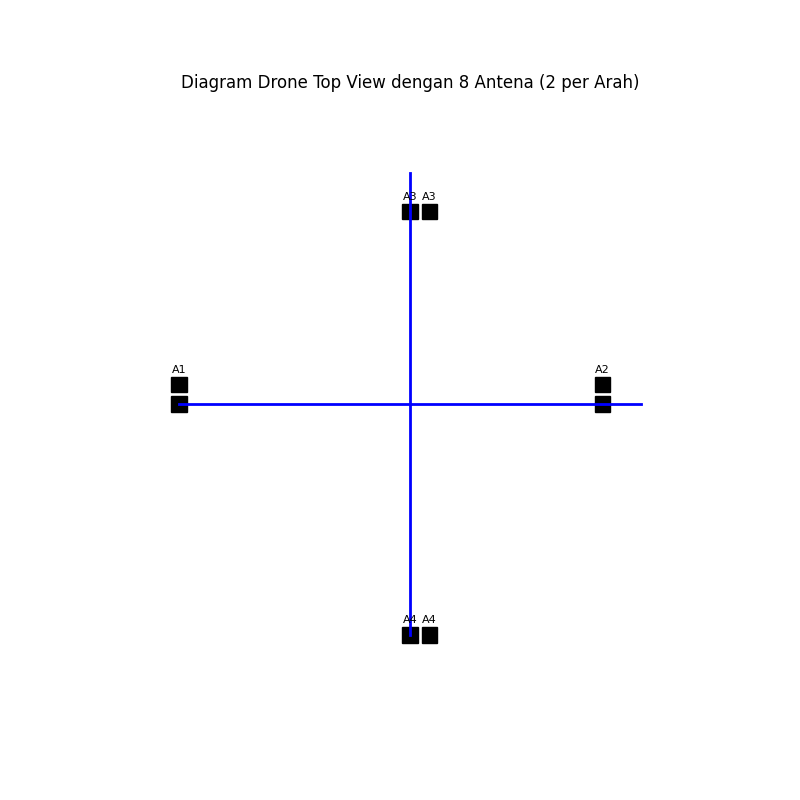
Repository: whyueko-lab/smart-energy-dashboard
Script's output: python bts.py
These files come from the project's save history. The script's output is drawn as it stood at one moment and after the next save; the edit follows.
Random numbers start from a fixed seed.

Above is the script's output before, as saved 2025-06-30 16:39:26.

### bts.py
import matplotlib.pyplot as plt

# Inisialisasi plot
fig, ax = plt.subplots(figsize=(8, 8))

# Gambar garis sumbu drone (bentuk salib)
drone_length = 6
drone_width = 2

# Garis horizontal (sayap)
ax.plot([-drone_length, drone_length], [0, 0], 'b', linewidth=2)
# Garis vertikal (badan drone)
ax.plot([0, 0], [-drone_length, drone_length], 'b', linewidth=2)

# Fungsi untuk menggambar dua antena di setiap arah
def draw_antennas(x_base, y_base, dx, dy, label=None):
    spacing = 0.5
    for i in range(2):
        x = x_base + i * spacing * dx
        y = y_base + i * spacing * dy
        ax.add_patch(plt.Rectangle((x-0.2, y-0.2), 0.4, 0.4, color='black'))
        if label:
            ax.text(x, y + 0.3, label, fontsize=8, ha='center')

# Gambar antena di keempat sisi
draw_antennas(-drone_length, 0, 0, 1, label="A1")  # Kiri
draw_antennas(drone_length - 1.0, 0, 0, 1, label="A2")  # Kanan
draw_antennas(0, drone_length - 1.0, 1, 0, label="A3")  # Atas
draw_antennas(0, -drone_length, 1, 0, label="A4")  # Bawah

# Set skala dan gaya
ax.set_xlim(-8, 8)
ax.set_ylim(-8, 8)
ax.set_aspect('equal')
ax.set_title('Diagram Drone Top View dengan 8 Antena (2 per Arah)')
ax.axis('off')  # Hilangkan sumbu

plt.show()

After the next save:
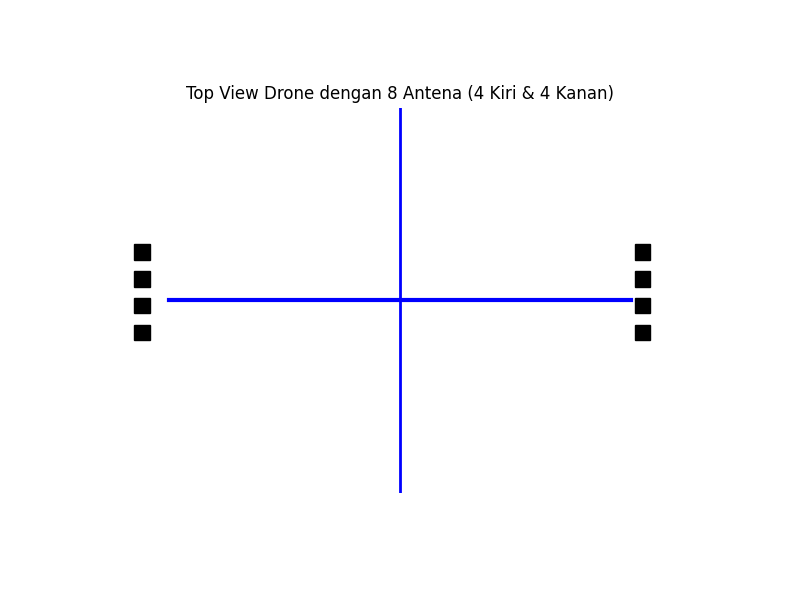
Saved 88 s later.
--- a/bts.py
+++ b/bts.py
@@ -1,38 +1,33 @@
 import matplotlib.pyplot as plt
 
 # Inisialisasi plot
-fig, ax = plt.subplots(figsize=(8, 8))
+fig, ax = plt.subplots(figsize=(8, 6))
 
-# Gambar garis sumbu drone (bentuk salib)
+# Garis utama drone (horizontal & vertikal)
 drone_length = 6
-drone_width = 2
+ax.plot([-drone_length, drone_length], [0, 0], 'b', linewidth=3)  # horizontal
+ax.plot([0, 0], [-drone_length, drone_length], 'b', linewidth=2)  # vertikal
 
-# Garis horizontal (sayap)
-ax.plot([-drone_length, drone_length], [0, 0], 'b', linewidth=2)
-# Garis vertikal (badan drone)
-ax.plot([0, 0], [-drone_length, drone_length], 'b', linewidth=2)
+# Fungsi untuk menggambar antena
+def draw_antennas(base_x, base_y, spacing_y, is_left=True):
+    for i in range(4):
+        x_offset = -0.4 if is_left else 0.0
+        x = base_x + x_offset
+        y = base_y + (i - 1.5) * spacing_y
+        ax.add_patch(plt.Rectangle((x, y), 0.4, 0.4, color='black'))
 
-# Fungsi untuk menggambar dua antena di setiap arah
-def draw_antennas(x_base, y_base, dx, dy, label=None):
-    spacing = 0.5
-    for i in range(2):
-        x = x_base + i * spacing * dx
-        y = y_base + i * spacing * dy
-        ax.add_patch(plt.Rectangle((x-0.2, y-0.2), 0.4, 0.4, color='black'))
-        if label:
-            ax.text(x, y + 0.3, label, fontsize=8, ha='center')
+# Gambar 4 antena di sisi kiri batang horizontal
+draw_antennas(base_x=-6.5, base_y=0, spacing_y=0.7, is_left=True)
 
-# Gambar antena di keempat sisi
-draw_antennas(-drone_length, 0, 0, 1, label="A1")  # Kiri
-draw_antennas(drone_length - 1.0, 0, 0, 1, label="A2")  # Kanan
-draw_antennas(0, drone_length - 1.0, 1, 0, label="A3")  # Atas
-draw_antennas(0, -drone_length, 1, 0, label="A4")  # Bawah
+# Gambar 4 antena di sisi kanan batang horizontal
+draw_antennas(base_x=6.1, base_y=0, spacing_y=0.7, is_left=False)
 
-# Set skala dan gaya
-ax.set_xlim(-8, 8)
-ax.set_ylim(-8, 8)
+# Styling plot
+ax.set_xlim(-10, 10)
+ax.set_ylim(-5, 5)
 ax.set_aspect('equal')
-ax.set_title('Diagram Drone Top View dengan 8 Antena (2 per Arah)')
-ax.axis('off')  # Hilangkan sumbu
+ax.set_title('Top View Drone dengan 8 Antena (4 Kiri & 4 Kanan)')
+ax.axis('off')  # Sembunyikan sumbu
 
+plt.tight_layout()
 plt.show()
